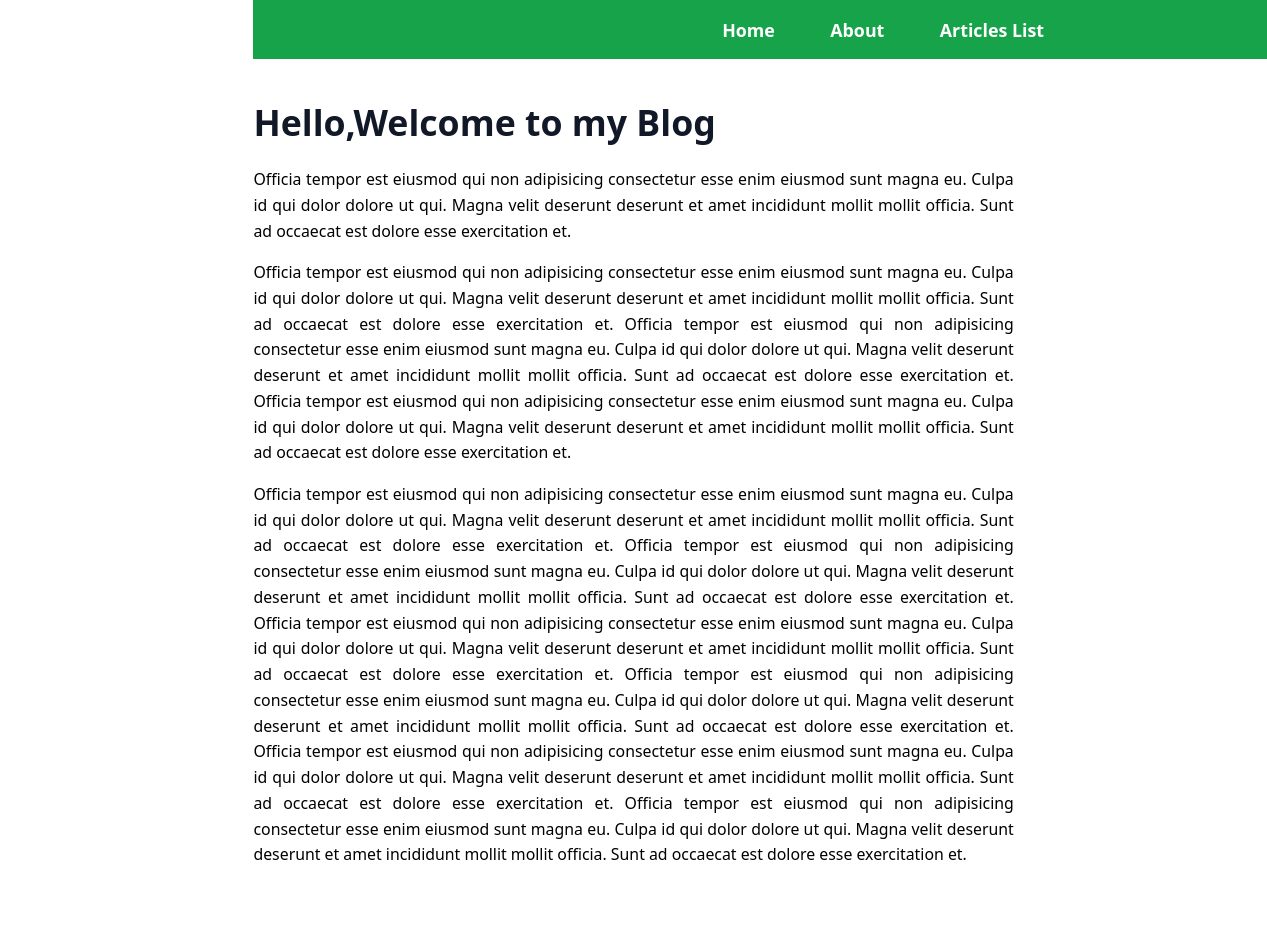
Repository: ymw0331/blog-mern-webapp
Page: / (app in client/)
An editor plug-in stored every save of this project. The page is shown before and after a run of saves, followed by the edit.
The browser window is 1280 px wide. The pictures show the whole page, at 99% of full size.
The project was rebuilt for these pictures with package versions that can differ from the ones it lists, and the page was loaded fresh each time. Also part of the build but not shown: client/src/pages/About.js, client/src/pages/Article.js, client/src/pages/ArticlesList.js.

Above is the page before, as saved 2022-12-10 19:53:17.

After the next 2 saves:
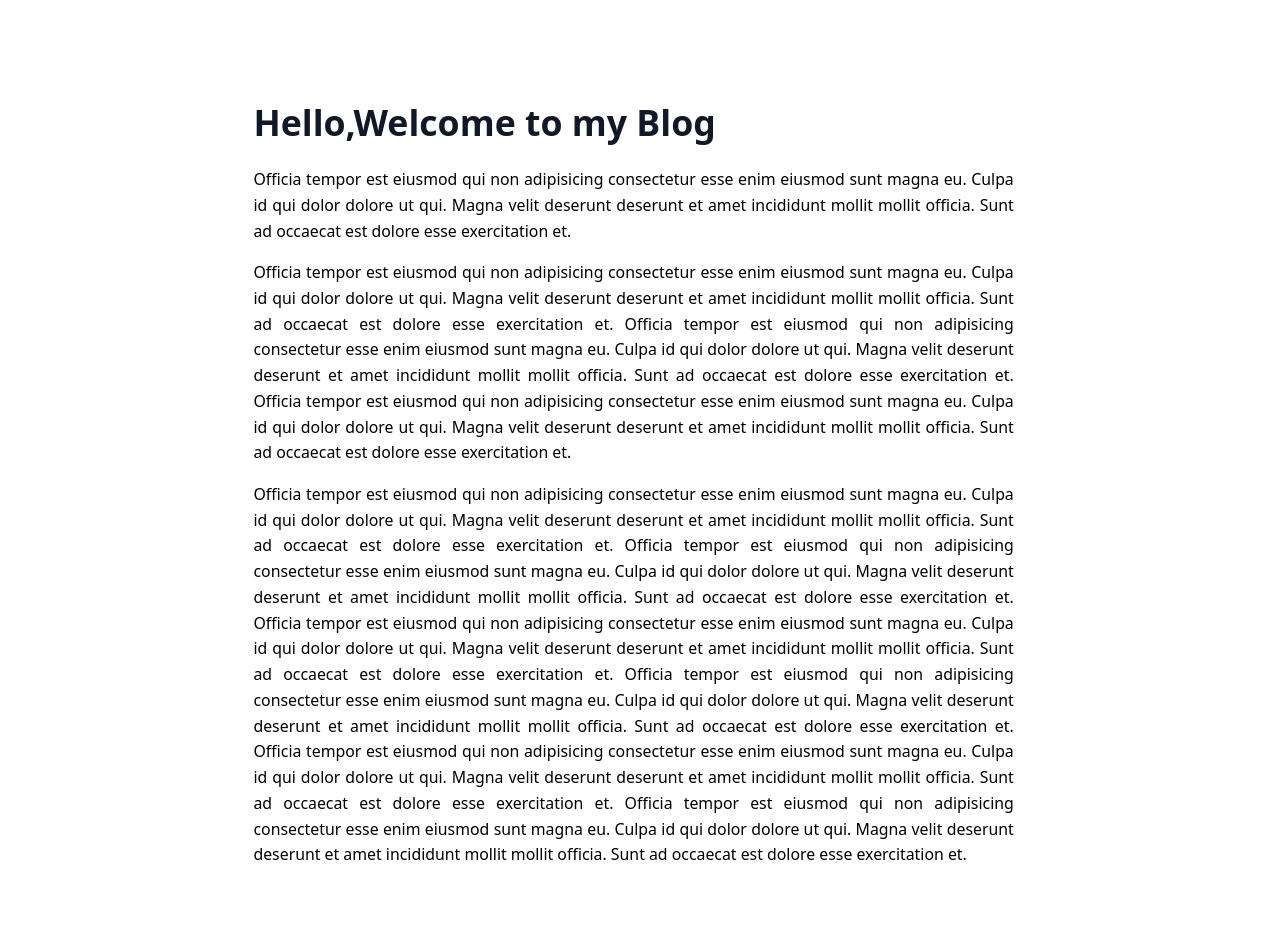
The 2 saves are shown as one change because they came seconds apart.
The last was saved 20 s later.
--- a/client/src/pages/Home.js
+++ b/client/src/pages/Home.js
@@ -1,10 +1,8 @@
 import React from 'react';
-import Navbar from '../components/Navbar';
 
 const Home = () => {
   return (
     <div className='mb-20'>
-      <Navbar />
       <h1 className='sm:text-4xl text-2xl font-bold my-6 text-gray-900'>
         Hello,Welcome to my Blog
       </h1>
